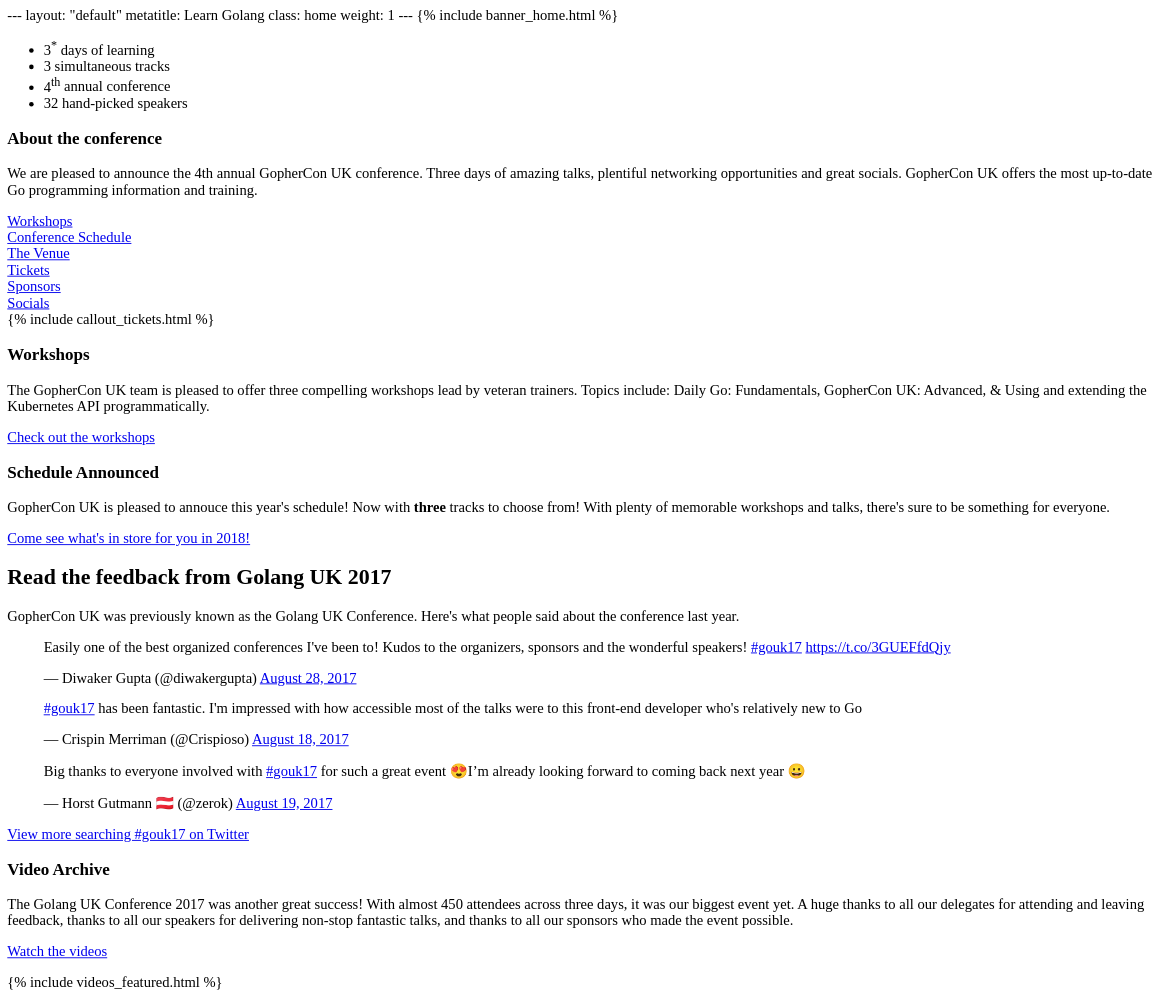
Repository: vitisevents/appliedai
Page: /
These files come from the project's save history. The page is drawn as it stood at one moment and after the next save; the edit follows.
The browser window is 1280 px wide. The pictures show the whole page, at 91% of full size.
The project was rebuilt for these pictures with package versions that can differ from the ones it lists, and the page was loaded fresh each time. Also part of the build but not shown: webpack.config.js.

Above is the page before, as saved 2018-06-13 19:19:42.
Console error: ReferenceError: define is not defined

### index.html
---
layout: "default"
metatitle: Learn Golang
class: home
weight: 1
---

{% include banner_home.html %}
<div class="row -dark -collapse">
    <div class="wrapper">
        <ul class="fact grid">
            <li class="grid__item u-1/2 u-1/4@md">
                <div class="fact__item">
                    <div class="fact__text">
                        <span class="fact__figure">3<sup>*</sup></span>
                        <span class="fact__label">days of learning</span>
                    </div>
                </div>
            </li>
            <li class="grid__item u-1/2 u-1/4@md">
                <div class="fact__item">
                    <div class="fact__text">
                        <span class="fact__figure">3</span>
                        <span class="fact__label">simultaneous tracks</span>
                    </div>
                </div>
            </li>
            <li class="grid__item u-1/2 u-1/4@md">
                <div class="fact__item">
                    <div class="fact__text">
                        <span class="fact__figure">4<sup>th</sup></span>
                        <span class="fact__label">annual conference</span>
                    </div>
                </div>
            </li>
            <li class="grid__item u-1/2 u-1/4@md">
                <div class="fact__item">
                    <div class="fact__text">
                        <span class="fact__figure">32</span>
                        <span class="fact__label">hand-picked speakers</span>
                    </div>
                </div>
            </li>
        </ul>
    </div>
</div>

<div class="row -about">
    <div class="wrapper">
        <h3>About the conference</h3>
        <p>We are pleased to announce the 4th annual GopherCon UK conference. Three days of amazing talks, plentiful networking opportunities and great socials. GopherCon UK offers the most up-to-date Go programming information and training.</p>
    </div>
    <div class="wrapper">
        <div class="grid">
            <div class="grid__item u-1/3@md u-1/2@sm">
                <div class="panel speakers">
                    <div class="gradient -green"></div>
                    <a href="/workshop-day/">
                        <span class="panel__title">Workshops</span>
                    </a>
                </div>
            </div>
            <div class="grid__item u-1/3@md u-1/2@sm">
                <div class="panel schedule">
                    <div class="gradient -red"></div>
                    <a href="/schedule">
                        <span class="panel__title">Conference Schedule</span>
                    </a>
                </div>
            </div>
            <div class="grid__item u-1/3@md u-1/2@sm">
                <div class="panel venue">
                    <div class="gradient -purple"></div>
                    <a href="/venue">
                        <span class="panel__title">The Venue</span>
                    </a>
                </div>
            </div>
            <div class="grid__item u-1/3@md u-1/2@sm">
                <div class="panel tickets">
                    <div class="gradient -orange"></div>
                    <a href="/tickets">
                        <span class="panel__title">Tickets</span>
                    </a>
                </div>
            </div>
            <div class="grid__item u-1/3@md u-1/2@sm">
                <div class="panel sponsors">
                    <div class="gradient -blue"></div>
                    <a href="/sponsors">
                        <span class="panel__title">Sponsors</span>
                    </a>
                </div>
            </div>
            <div class="grid__item u-1/3@md u-1/2@sm">
                <div class="panel socials">
                    <div class="gradient -pink"></div>
                    <a href="/socials">
                        <span class="panel__title">Socials</span>
                    </a>
                </div>
            </div>
        </div>
    </div>
</div>

<div class="row -collapse">
    <div class="wrapper">
        {% include callout_tickets.html %}
    </div>
</div>

<div class="row -about">
    <div class="wrapper">
        <div class="grid">
            <div class="grid__item u-1/2@md u-1/2@sm">
                <h3>Workshops</h3>
                <p>The GopherCon UK team is pleased to offer three compelling workshops lead by veteran trainers. Topics include: Daily Go: Fundamentals, GopherCon UK: Advanced, &amp; Using and extending the Kubernetes API programmatically.</p>
                <p><a class="link" href="/workshop-day/">Check out the workshops</a></p>
            </div>
            <div class="grid__item u-1/2@md u-1/2@sm">
                <h3>Schedule Announced</h3>
                <p>GopherCon UK is pleased to annouce this year's schedule! Now with <strong>three</strong> tracks to choose from! With plenty of memorable workshops and talks, there's sure to be something for everyone.</p>
                <p><a href="/schedule" class="link">Come see what's in store for you in 2018!</a></p>
            </div>
        </div>
    </div>
</div>

<div class="row -testimonials -medium">
    <div class="wrapper">
        <h2 class="text-center">Read the feedback from Golang UK 2017</h2>
        <p class="text-center">GopherCon UK was previously known as the Golang UK Conference. Here's what people said about the conference last year.</p>
        <div class="grid">
            <div class="grid__item u-1/3@md u-1/1@sm">
                <blockquote data-cards="hidden" class="twitter-tweet" data-lang="en"><p lang="en" dir="ltr">Easily one of the best organized conferences I&#39;ve been to! Kudos to the organizers, sponsors and the wonderful speakers! <a href="https://twitter.com/hashtag/gouk17?src=hash&amp;ref_src=twsrc%5Etfw">#gouk17</a> <a href="https://t.co/3GUEFfdQjy">https://t.co/3GUEFfdQjy</a></p>&mdash; Diwaker Gupta (@diwakergupta) <a href="https://twitter.com/diwakergupta/status/902284225730166784?ref_src=twsrc%5Etfw">August 28, 2017</a></blockquote>
            </div>
            <div class="grid__item u-1/3@md u-1/1@sm">
                <blockquote data-cards="hidden" class="twitter-tweet" data-lang="en"><p lang="en" dir="ltr"><a href="https://twitter.com/hashtag/gouk17?src=hash&amp;ref_src=twsrc%5Etfw">#gouk17</a> has been fantastic. I&#39;m impressed with how accessible most of the talks were to this front-end developer who&#39;s relatively new to Go</p>&mdash; Crispin Merriman (@Crispioso) <a href="https://twitter.com/Crispioso/status/898600657795657728?ref_src=twsrc%5Etfw">August 18, 2017</a></blockquote>
            </div>
            <div class="grid__item u-1/3@md u-1/1@sm">
                <blockquote data-cards="hidden" class="twitter-tweet" data-lang="en"><p lang="en" dir="ltr">Big thanks to everyone involved with <a href="https://twitter.com/hashtag/gouk17?src=hash&amp;ref_src=twsrc%5Etfw">#gouk17</a> for such a great event 😍I’m already looking forward to coming back next year 😀</p>&mdash; Horst Gutmann 🇦🇹 (@zerok) <a href="https://twitter.com/zerok/status/898994275991470080?ref_src=twsrc%5Etfw">August 19, 2017</a></blockquote>
            </div>
            <script async src="//platform.twitter.com/widgets.js" charset="utf-8"></script>
        </div>
        <p class="text-center"><a class="link" href="https://twitter.com/search?q=gouk17" target="_blank">View more searching #gouk17 on Twitter</a></p>
    </div>
</div>

<div class="row -history">
    <div class="wrapper">
        <h3>Video Archive</h3>
        <p>The Golang UK Conference 2017 was another great success! With almost 450 attendees across three days, it was our biggest event yet. A huge thanks to all our delegates for attending and leaving feedback, thanks to all our speakers for delivering non-stop fantastic talks, and thanks to all our sponsors who made the event possible.</p>
        <p><a href="/videos" class="link">Watch the videos</a></p>
        {% include videos_featured.html %}
    </div>
</div>

### assets/javascripts/main.js
define(['jquery'], function ($) {

    require('./nav.js');

});

After the next save:
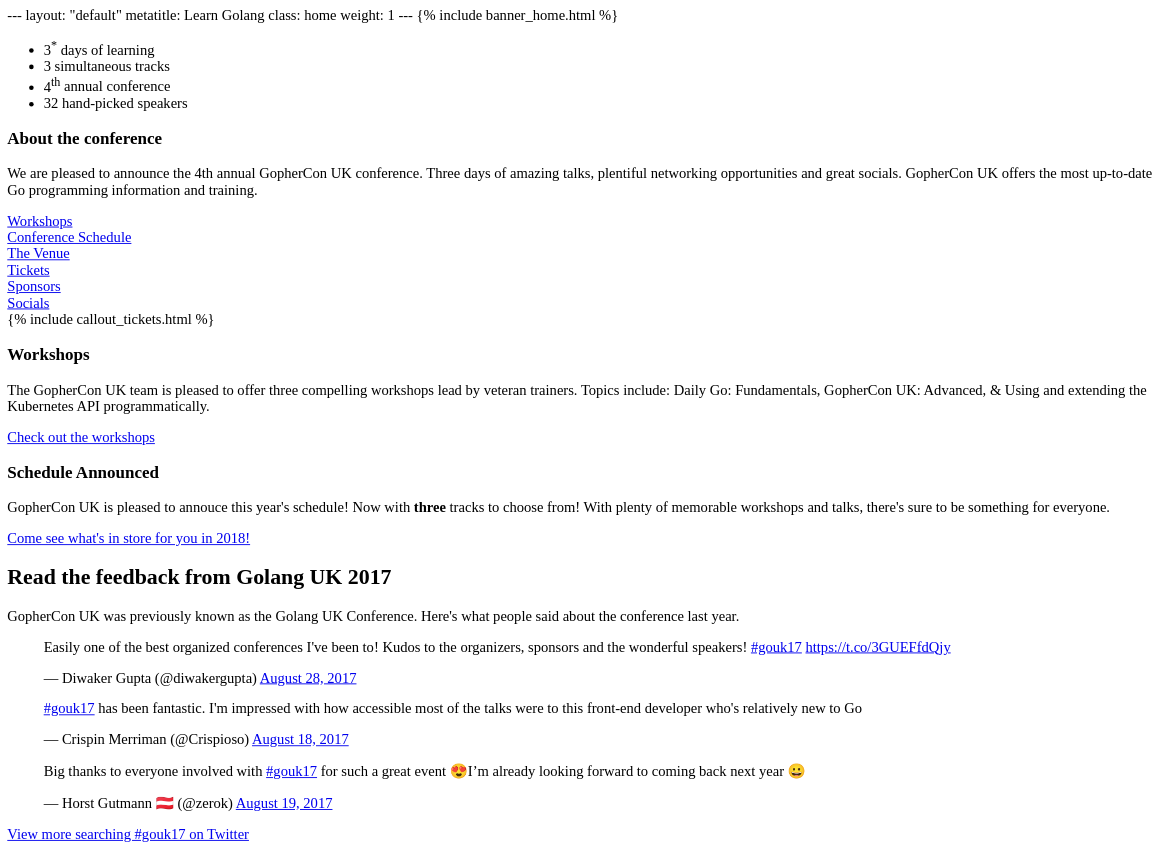
Saved 4 min 36 s later.
--- a/index.html
+++ b/index.html
@@ -146,12 +146,3 @@
         <p class="text-center"><a class="link" href="https://twitter.com/search?q=gouk17" target="_blank">View more searching #gouk17 on Twitter</a></p>
     </div>
 </div>
-
-<div class="row -history">
-    <div class="wrapper">
-        <h3>Video Archive</h3>
-        <p>The Golang UK Conference 2017 was another great success! With almost 450 attendees across three days, it was our biggest event yet. A huge thanks to all our delegates for attending and leaving feedback, thanks to all our speakers for delivering non-stop fantastic talks, and thanks to all our sponsors who made the event possible.</p>
-        <p><a href="/videos" class="link">Watch the videos</a></p>
-        {% include videos_featured.html %}
-    </div>
-</div>
